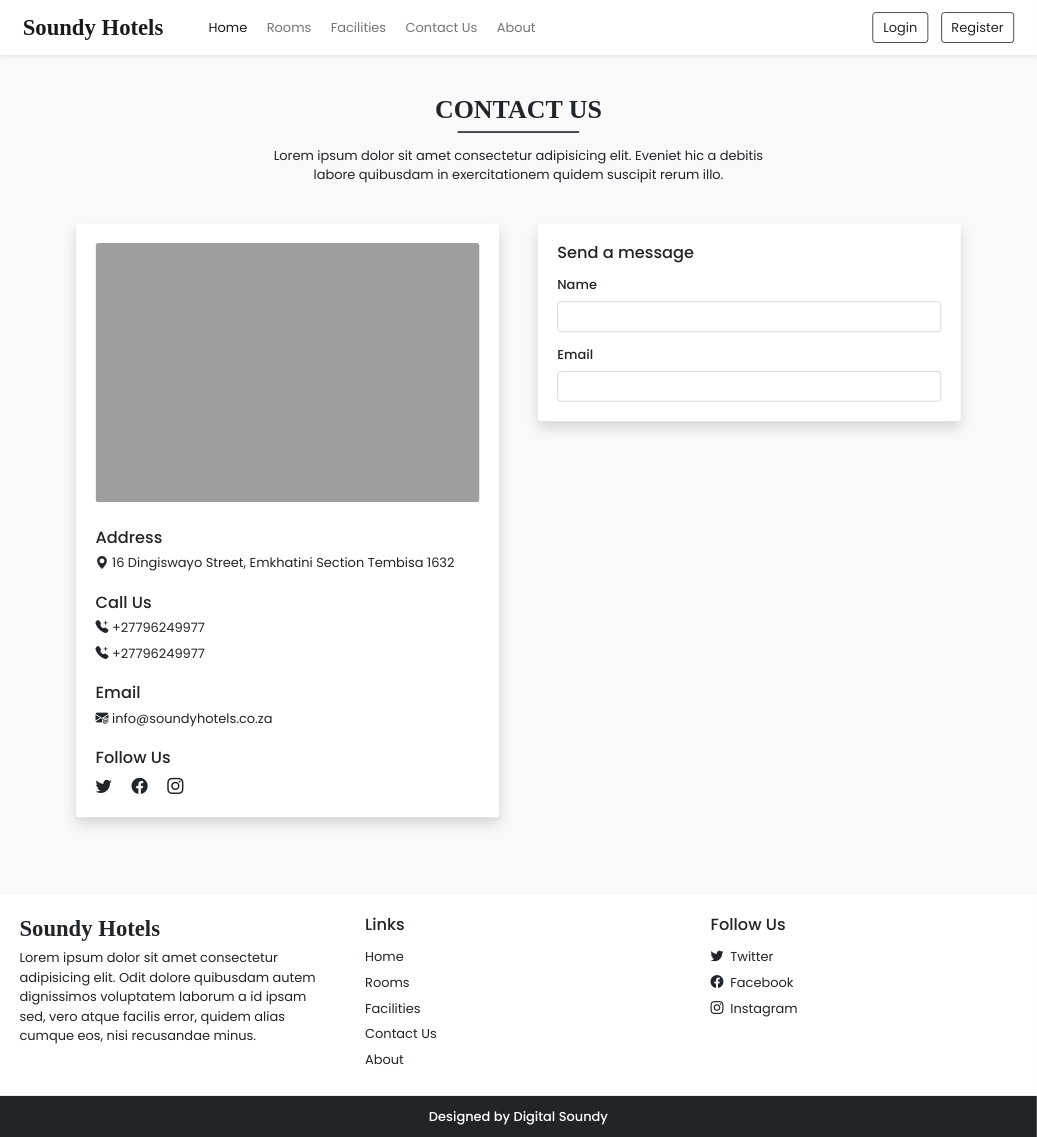
Repository: spencersoundy/Hotel-Booking-App
Page: http://localhost/contact.php
An editor plug-in stored every save of this project. The page is shown before and after a run of saves, followed by the edit.
The browser window is 1280 px wide. The pictures show the whole page, at 81% of full size.
Pictures or frames that could not be fetched are drawn as grey boxes. Some web fonts or font styles are not loaded; a fallback is used. The page is run by PHP 8.4 with error messages shown; the project is at /var/www/html/.

Above is the page before, as saved 2023-08-05 00:00:41.

After the next 2 saves:
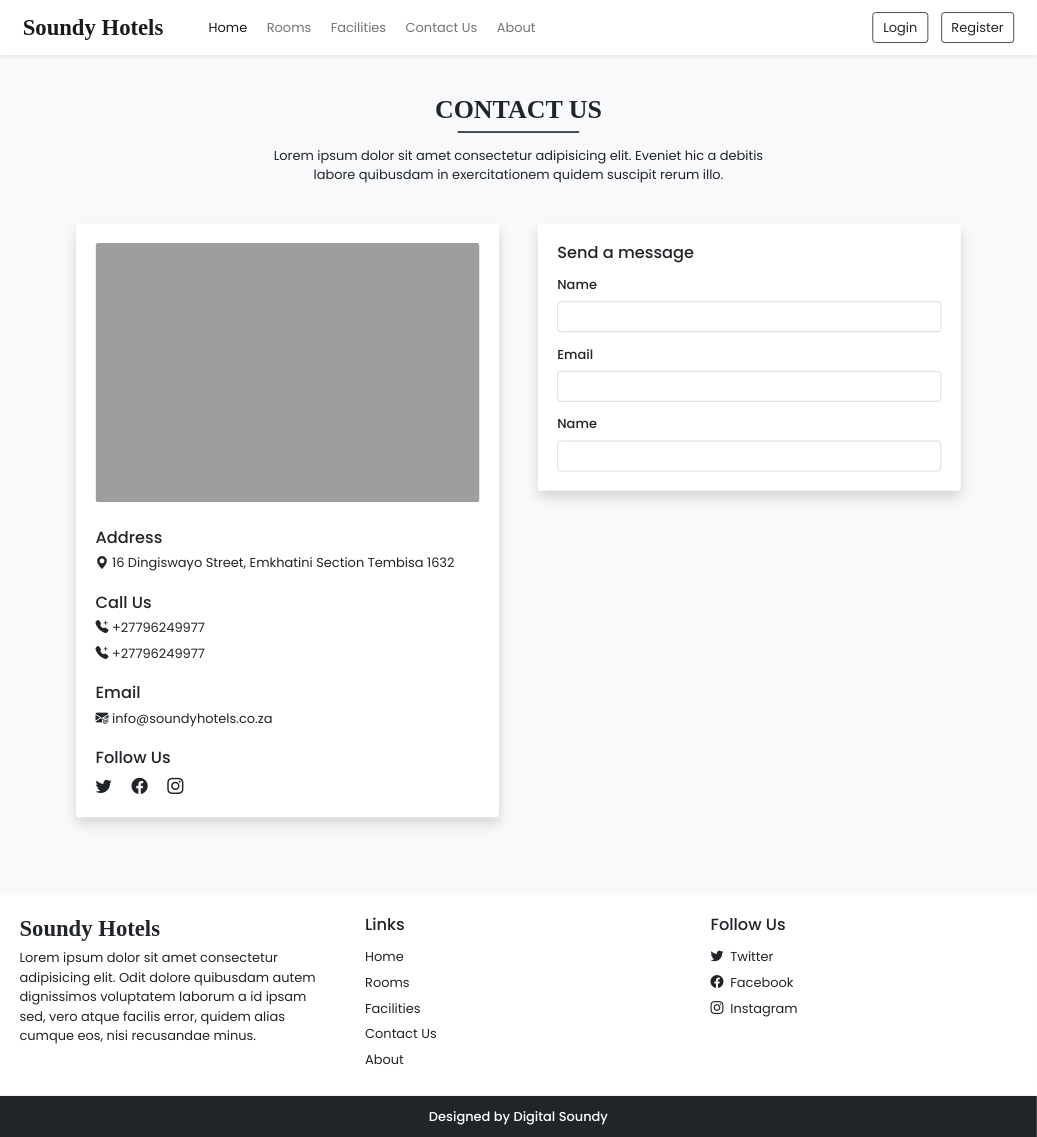
The 2 saves are shown as one change because they came seconds apart.
The last was saved 17 s later.
--- a/contact.php
+++ b/contact.php
@@ -70,6 +70,10 @@
                         <label class="form-label"style="font-weight: 500;">Email</label>
                         <input type="email" class="form-control shadow-none">
                     </div>
+                    <div class="mt-3">
+                        <label class="form-label"style="font-weight: 500; ">Name</label>
+                        <input type="text" class="form-control shadow-none">
+                    </div>
                 </form>
             </div>
         </div>
